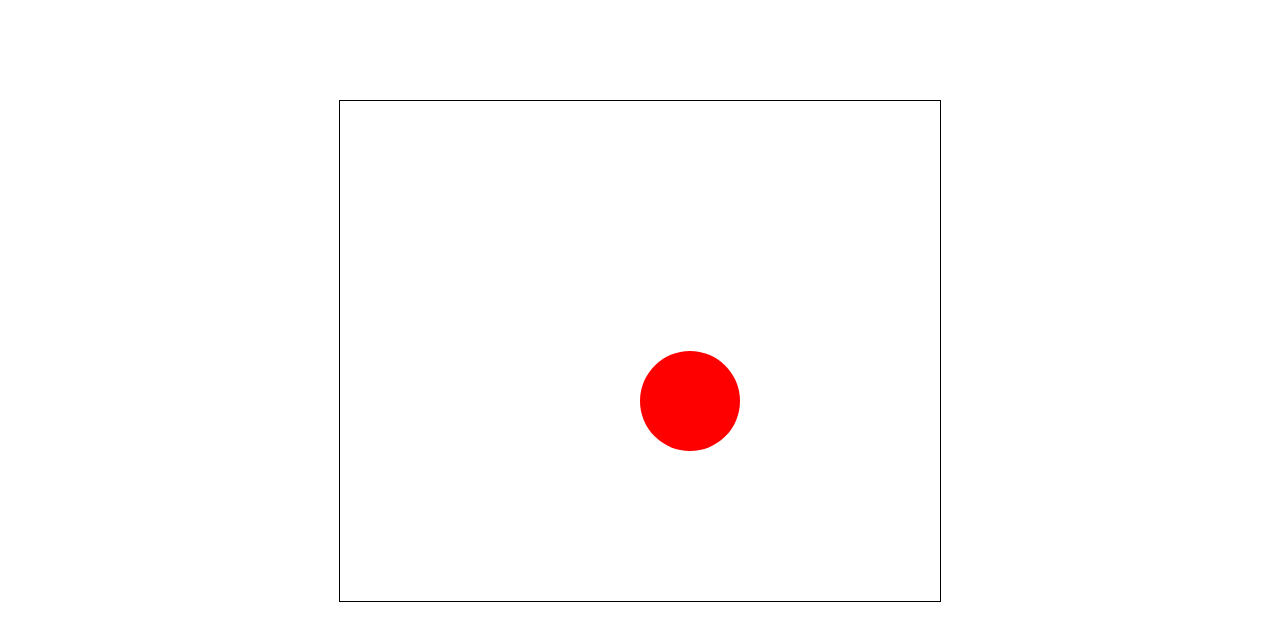
Repository: taoxiaofeng/hello-javascript
Page: demo/demo.html
An editor plug-in stored every save of this project. The page is shown before and after the next save, followed by the edit.
The browser window is 1280 px wide. The pictures show the whole page.

Above is the page before, as saved 2024-07-13 12:25:24.

After the next save:
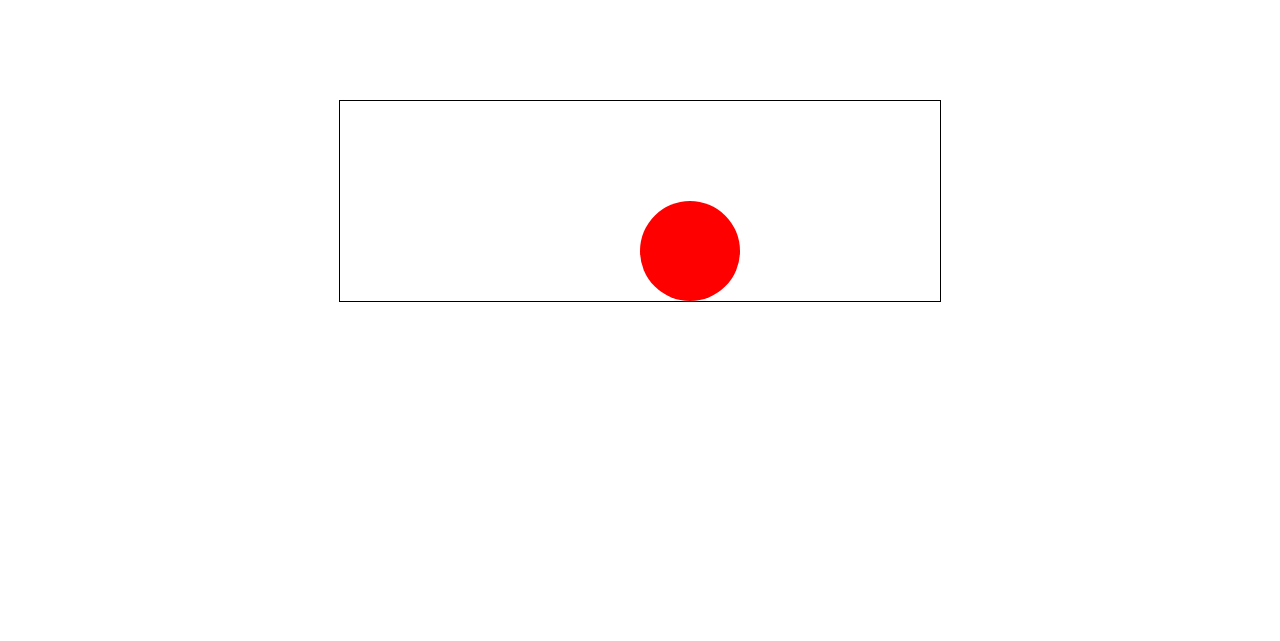
Saved 5 s later.
--- a/demo/demo.html
+++ b/demo/demo.html
@@ -7,7 +7,7 @@
     <style>
         .container {
             width: 600px;
-            height: 500px;
+            height: 200px;
             position: relative;
             margin: 100px auto;
             border: 1px solid #000;
